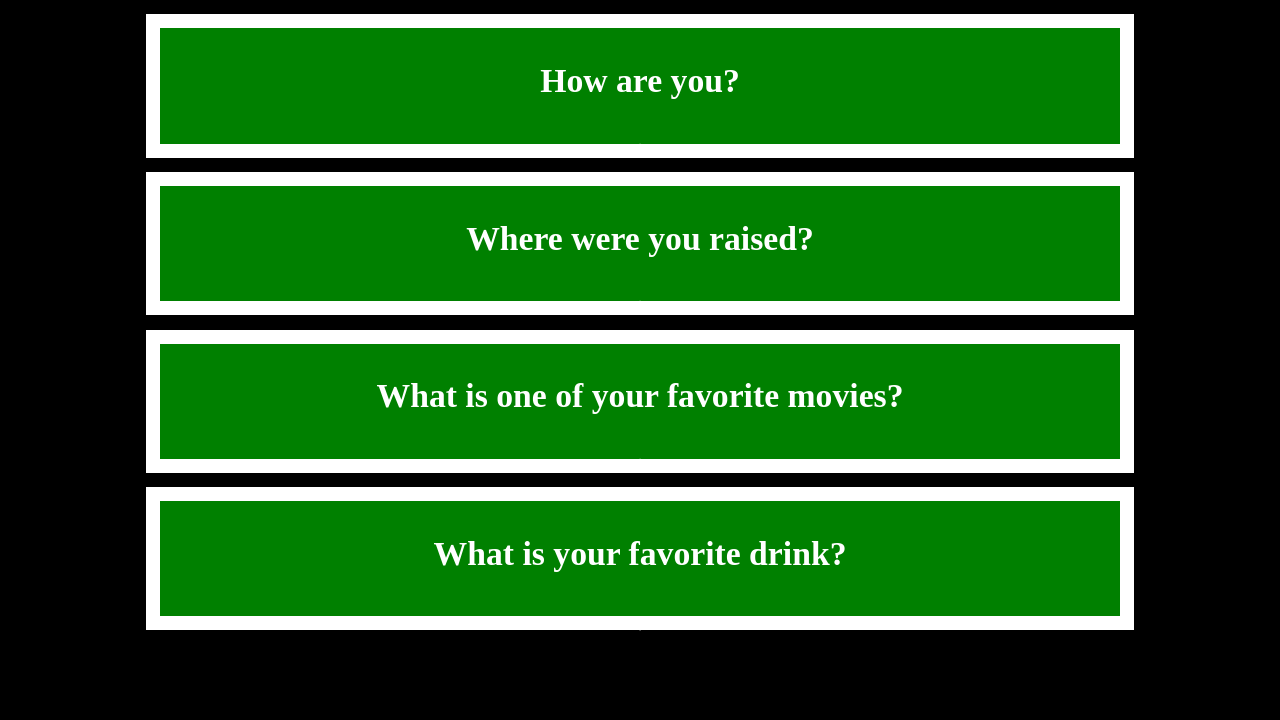
Repository: kosenijr/react-projects
Page: / (app in accordion/)
The author's editor kept a copy of each file at every save. The page is drawn from the files as they stood at one save, then again after the next save.
The browser window is 1280 px wide. The pictures show the whole page.
The project was rebuilt for these pictures with package versions that can differ from the ones it lists, and the page was loaded fresh each time.

Above is the page before, as saved 2024-03-02 23:00:34.

### accordion/src/App.js
import React from "react";
import "./App.css";
import SingleSelection from "./components/SingleSelection";

function App() {
  return (
    <div className="App">
      <SingleSelection />
    </div>
  );
}

export default App;

### accordion/src/components/SingleSelection.js
import React, { useState } from "react";
import "../styles/SingleSelection.css";
import data from "../data";

function Accordion() {
  // setting up useState
  const [selected, setSelected] = useState(null);
  // setting up handling
  const handleSingleSelection = (getCurrentId) => {
    console.log(selected, getCurrentId);
    // setSelected(getCurrentId === selected ? null : getCurrentId); // keep add condition for closure
    setSelected(selected !== getCurrentId ? getCurrentId : null)
  };

  return (
    <div className="wrapper">
      {/* single selection accordion */}
      <div className="accordion">
        {data && data.length > 0 ? (
          data.map((dataItem) => (
            <div className="item" key={dataItem.id}>
              {" "}
              {/* always remember to add key */}
              <div
                className="title"
                onClick={() => handleSingleSelection(dataItem.id)}
              >
                <h3>{dataItem.question}</h3>
                <span>+</span>
              </div>
              {selected === dataItem.id ? (
                <div className="content ">{dataItem.answer}</div>
              ) : null}
            </div>
          ))
        ) : (
          <div>No data found!</div>
        )}
      </div>
    </div>
  );
}

export default Accordion;

### accordion/src/styles/SingleSelection.css
.wrapper {
  height: 100vh;
  width: 100vw;
  position: fixed;
  background-color: black
}
.accordion {
  color: white;
}

.item {
  background-color: green;
  font-size: 1.8em;
  font-family: "Raleway", "Times New Roman";
  margin: 2vh auto;
  padding-bottom: 1vh;
  height: 15vh;
  width: 75vw;
  border: 0.5em solid white
}

.content {
  font-size: 1.2em;
  font-family:  "Raleway", "Times New Roman";
  font-weight: 600;
}

### accordion/src/data.js
const data = [
  {
    id: 1,
    question: "How are you?",
    answer: "I am well!",
  },

  {
    id: 2,
    question: "Where were you raised?",
    answer: "I was raised in Queens.",
  },

  {
    id: 3,
    question: "What is one of your favorite movies?",
    answer: "Harlem Nights",
  },

  {
    id: 4,
    question: "What is your favorite drink?",
    answer: "Water",
  },
];

export default data;

Loaded but not shown: accordion/public/index.html (common file); accordion/src/index.js (common file); accordion/src/index.css (common file); accordion/src/reportWebVitals.js (common file); accordion/src/App.css (common file)

After the next save:
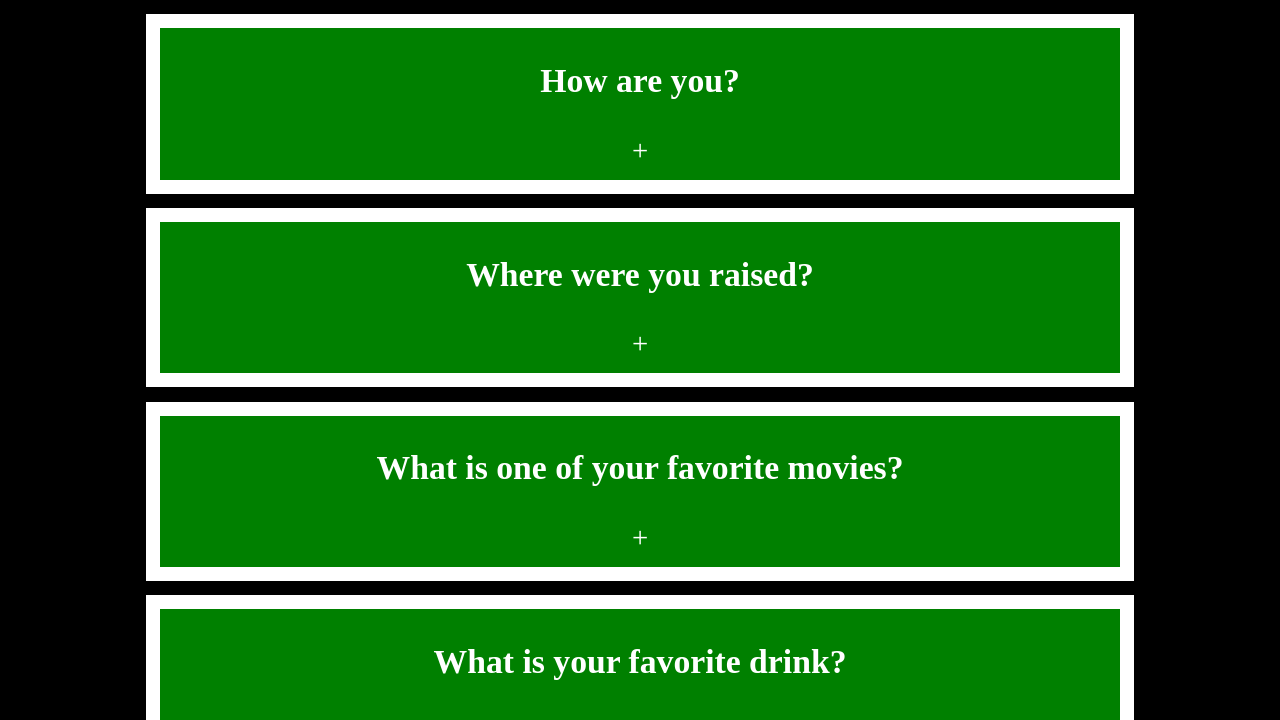
Saved 23 s later.
--- a/accordion/src/styles/SingleSelection.css
+++ b/accordion/src/styles/SingleSelection.css
@@ -14,7 +14,7 @@
   font-family: "Raleway", "Times New Roman";
   margin: 2vh auto;
   padding-bottom: 1vh;
-  height: 15vh;
+  height: 20vh;
   width: 75vw;
   border: 0.5em solid white
 }
